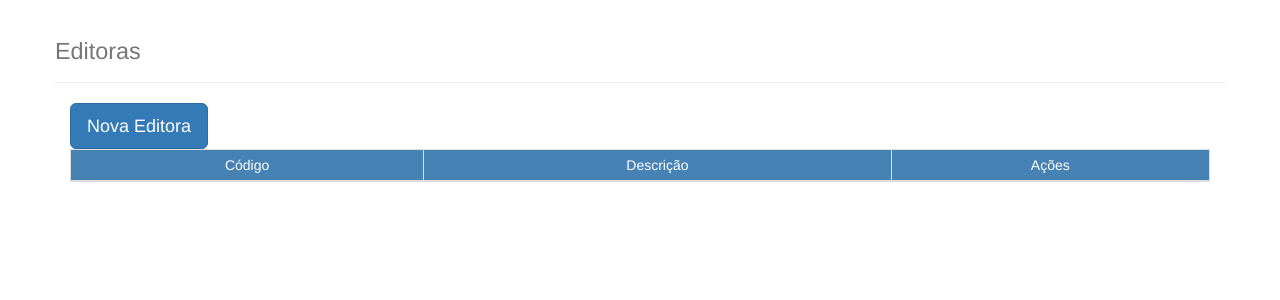
Repository: stefanyco/biblioteca
Page: http://localhost/Biblioteca/categoriaListar.jsp
These files come from the project's save history. The page is drawn as it stood at one moment and after the next save; the edit follows.
The browser window is 1280 px wide. The pictures show the whole page.
The page is served by Tomcat 9. Queries for data that is not in the repository find no rows.

Above is the page before, as saved 2016-11-06 20:07:53.

After the next save:
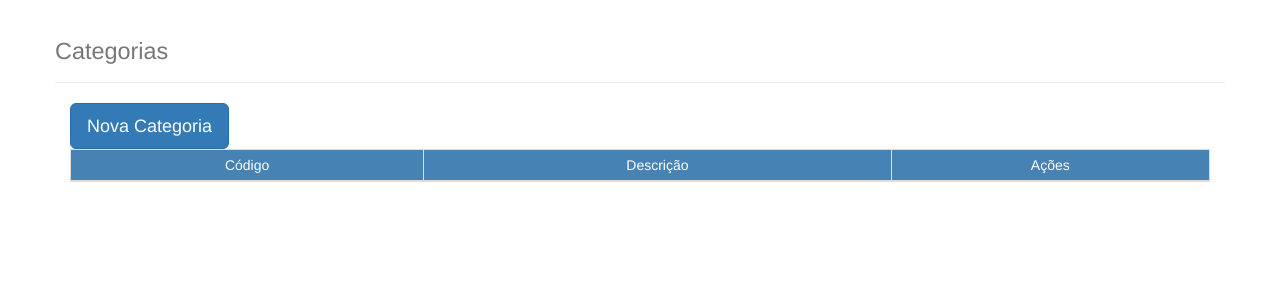
Saved 71 s later.
--- a/Sistema Biblioteca/Biblioteca/WebContent/categoriaListar.jsp
+++ b/Sistema Biblioteca/Biblioteca/WebContent/categoriaListar.jsp
@@ -1,5 +1,5 @@
-<%@page import="biblioteca.dao.EditoraDAO"%>
-<%@page import="biblioteca.entities.Editora"%>
+<%@page import="biblioteca.dao.CategoriaDAO"%>
+<%@page import="biblioteca.entities.Categoria"%>
 <%@page import="java.util.List"%>
 <%@ page language="java" contentType="text/html; charset=ISO-8859-1"
 	pageEncoding="ISO-8859-1"%>
@@ -8,19 +8,19 @@
 <head>
 <meta http-equiv="Content-Type" content="text/html; charset=ISO-8859-1">
 <link href="bootstrap.min.css" rel="stylesheet">
-<title>*** Editoras ***</title>
+<title>*** Categorias ***</title>
 </head>
 <body>
 	<div class="container">
 		<div class="row">
 			<div class="page-header">
 				<h1>
-					<small>Editoras</small>
+					<small>Categorias</small>
 				</h1>
 			</div>
 			<div class="col-xs-12">
 				<div class="table-responsive">
-				<a href="editoraAdicionar.jsp" class="btn btn-primary btn-lg">Nova Editora</a>
+				<a href="categoriaAdicionar.jsp" class="btn btn-primary btn-lg">Nova Categoria</a>
 					<table
 						class="table table-bordered table-striped table-hover table-condensed">
 						<thead>
@@ -31,20 +31,20 @@
 							</tr>
 						</thead>
 						<%
-							EditoraDAO dao = new EditoraDAO();
-							List<Editora> editoras = dao.listarTodos();
+							CategoriaDAO dao = new CategoriaDAO();
+							List<Categoria> Categorias = dao.listarTodos();
 
-							for (Editora editora: editoras){
+							for (Categoria Categoria: Categorias){
 
 
 						%>
 						<tbody>
 							<tr>
-								<td align="center"><%=editora.getIdEditora() %></td>
-								<td><%=editora.getNome() %></td>
-								<td><a href="editora?acao=editar&id=<%=editora.getIdEditora() %>">Alterar</a></td>
+								<td align="center"><%=Categoria.getIdCategoria() %></td>
+								<td><%=Categoria.getNome() %></td>
+								<td><a href="Categoria?acao=editar&id=<%=Categoria.getIdCategoria() %>">Alterar</a></td>
 								<td>
-									<a href="editora?acao=remover&id=<%=editora.getIdEditora() %>">Remover</a>
+									<a href="Categoria?acao=remover&id=<%=Categoria.getIdCategoria() %>">Remover</a>
 								</td>
 							</tr>
 						</tbody>
